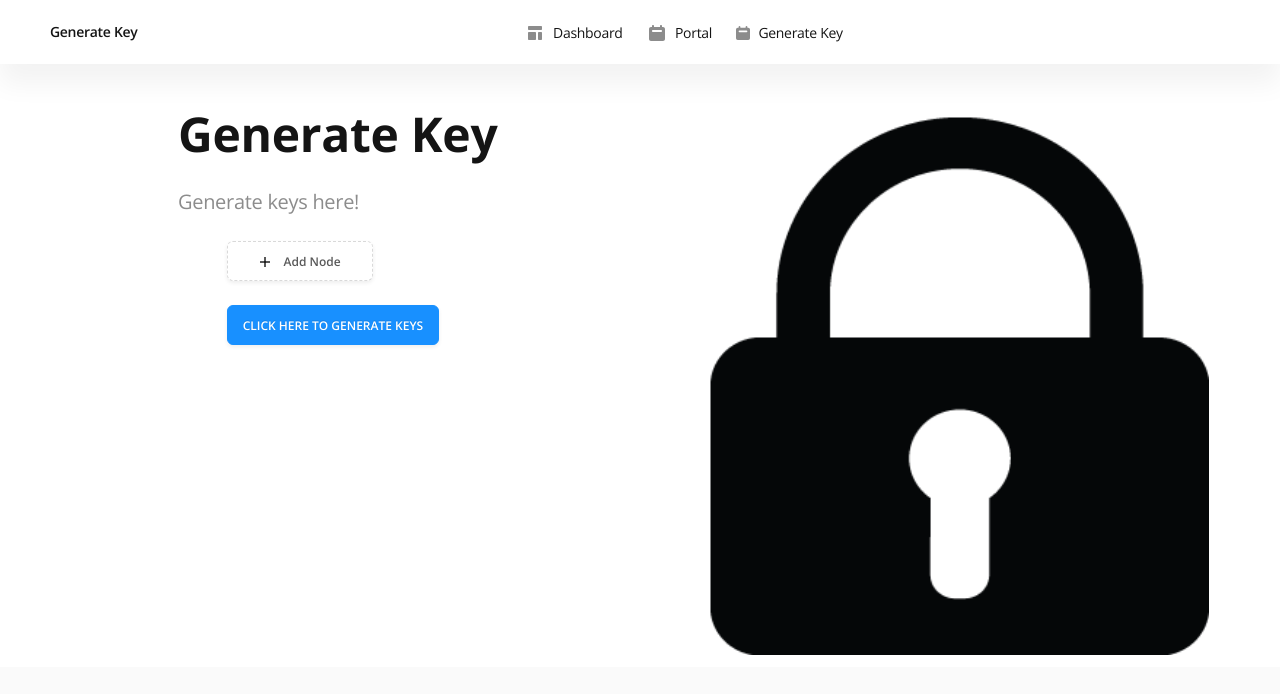
Repository: ahabalikhan/api-analytics-app-fe
Page: /sign-in
The author's editor kept a copy of each file at every save. The page is drawn from the files as they stood at one save, then again after the next save.
The browser window is 1280 px wide. The pictures show the whole page.
The project was rebuilt for these pictures with package versions that can differ from the ones it lists, and the page was loaded fresh each time. Also part of the build but not shown: src/components/chart/configs/eChart.js, src/components/chart/EChart.js, src/components/chart/configs/lineChart.js, src/components/chart/LineChart.js, src/pages/Home.js, src/pages/Profile.js, src/components/layout/Sidenav.js, src/components/layout/Footer.js and 2 more. Imported but missing from the stored project, and not drawn on this page: src/pages/Billing, src/pages/Rtl, src/pages/Tables.

Above is the page before, as saved 2022-07-17 01:11:25.

After the next save:
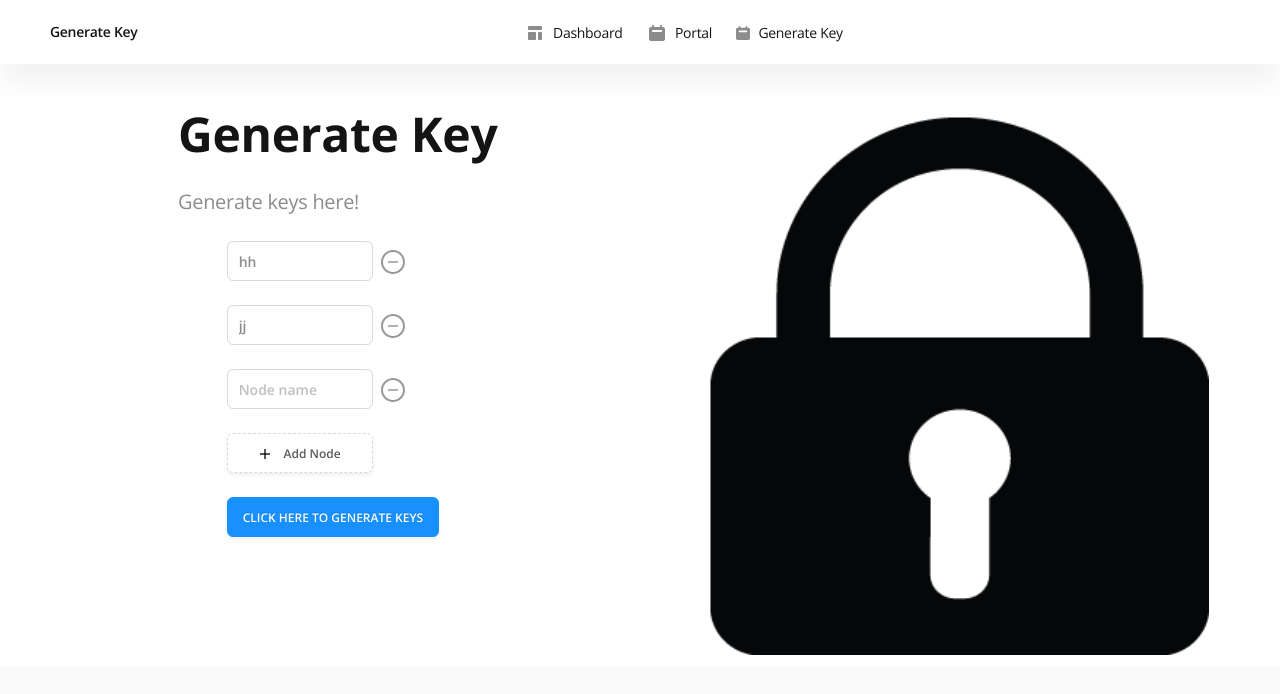
Saved 4 min 10 s later.
--- a/src/components/NodesForm.js
+++ b/src/components/NodesForm.js
@@ -38,7 +38,7 @@ const NodesForm = () => {
     };
 
     return (
-        <Form name="dynamic_form_item" {...formItemLayoutWithOutLabel} onFinish={onFinish}>
+        <Form name="dynamic_form_item" {...formItemLayoutWithOutLabel} onFinish={onFinish}  initialValues={{ names: ['hh', 'jj', ''] }}>
             <Form.List
                 name="names"
                 rules={[
